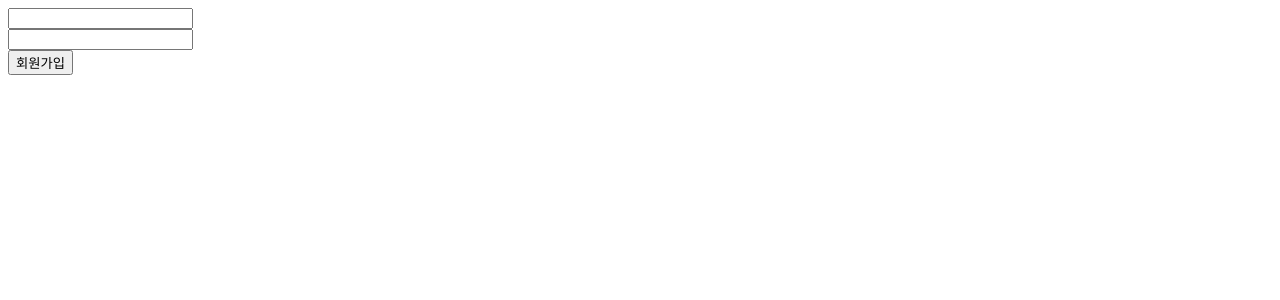
Repository: Leehj9094/JAVA_BOOK-
Page: http://localhost/01JSP/C04/index.jsp
The author's editor kept a copy of each file at every save. The page is drawn from the files as they stood at one save, then again after the next save.
The browser window is 1280 px wide. The pictures show the whole page.
The page is served by Tomcat 9.

Above is the page before, as saved 2025-04-02 05:44:42.

After the next save:
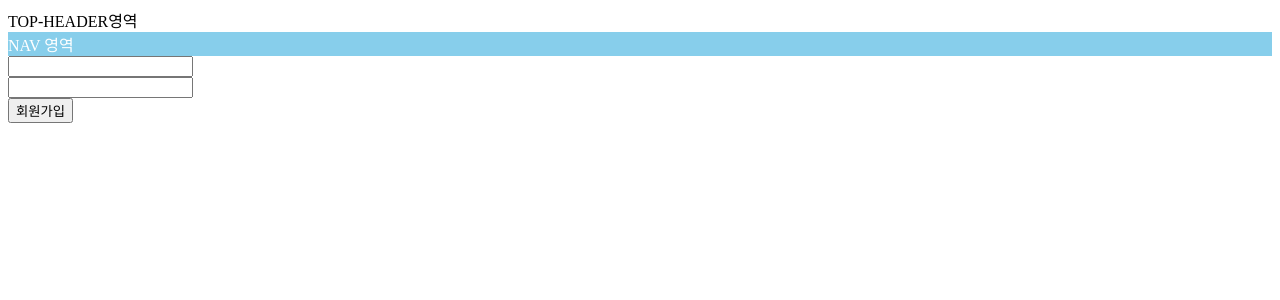
Saved 66 s later.
--- a/JSP/01JSP/src/main/webapp/C04/index.jsp
+++ b/JSP/01JSP/src/main/webapp/C04/index.jsp
@@ -8,10 +8,12 @@
 </head>
 <body>
 	<div class="wrapper">
-		<header class="top-header">
-
+		<header>
+			<!--  -->
+			<%@ include file="./layouts/TopHeader.jsp" %>
+			<!--  -->
+			<%@ include file="./layouts/Nav.jsp" %>
 		</header>
-	</wrapper>
 	<main>
 		<section>
 
